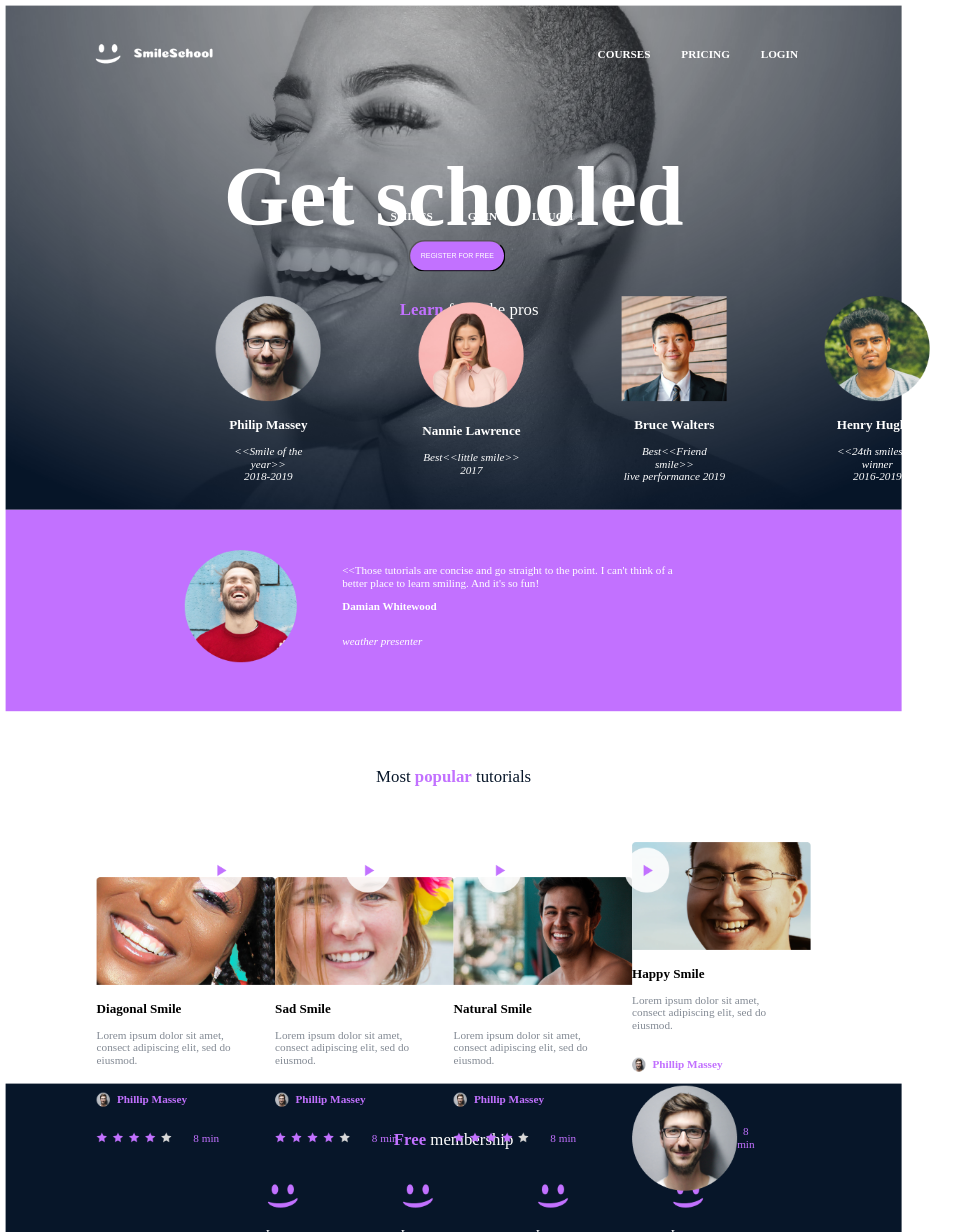
Repository: Patience225/alx_html_css
Page: css_advanced/index.html
An editor plug-in stored every save of this project. The page is shown before and after the next save, followed by the edit.
The browser window is 1280 px wide. The page is 1398 px wide, so the pictures cover 1398 px, including what lies to the right of the window. The pictures show the part of the page from y = 0 to 1760 px (the page is 2928 px tall), at 70% of full size.

Above is the page before, as saved 2025-01-03 08:46:37.

### css_advanced/index.html
<!DOCTYPE html>
<html lang="en">
  <head>
    <meta charset="UTF-8" />
    <meta name="viewport" content="width=device-width, initial-scale=1.0" />
    <title>Smile School</title>
    <link rel="stylesheet" href="styles.css" />
  </head>
  <body>
    <header class="hero">
      <nav>
        <img src="images/logo.png" alt="Logo" />
        <ul>
          <li class="hero-links"><a href="">COURSES</a></li>
          <li class="hero-links"><a href="">PRICING</a></li>
          <li class="hero-links"><a href="">LOGIN</a></li>
        </ul>
      </nav>

      <section>
        <div>
            <h1 id="get-schooled">Get schooled</h1>
                <div class="three-words">
                    <p class="the-words">SMILES</p>
                    <p class="the-words">GRIN</p>
                    <p class="the-words">LAUGH</p>
                </div>
          <button type="submit" id="header-button">REGISTER FOR FREE</button>
        </div>
      </section>

      <section>
        <div>
          <h2 class="learn-pros">
            <span class="learn">Learn</span> from the pros
          </h2>
          <div class="header-tutors">
            <div class="padding-tutors">
              <img
                src="images/Philip Massey.png"
                alt="Philip Massey"
              />
              <h3>Philip Massey</h3>
              <p>
                <em>&lt;&lt;Smile of the year&gt;&gt <br />2018-2019</em>
              </p>
            </div>
            <div class="padding-tutors">
              <img
                src="images/Nannie Lawrence.png"
                alt="Nannie Lawrence"
              />
              <h3>Nannie Lawrence</h3>
              <p>
                <em>Best&lt;&lt;little smile&gt;&gt <br />2017</em>
              </p>
            </div>
            <div class="padding-tutors">
              <img
                src="images/Bruce Walters.png"
                alt="Bruce Walters"
              />
              <h3>Bruce Walters</h3>
              <p>
                <em
                  >Best&lt;&lt;Friend smile&gt;&gt <br />live performance
                  2019</em
                >
              </p>
            </div>
            <div class="padding-tutors">
              <img src="images/Henry Hughes.png" alt="Henry Hughes" />
              <h3>Henry Hughes</h3>
              <p>
                <em>&lt;&lt;24th smiles&gt;&gt winner <br />2016-2019</em>
              </p>
            </div>
          </div>
        </div>
      </section>
    </header>

    <main>
      <section class="weather-presenter">
        <div class="weather-presenter-structure">
          <img
            src="images/weather presenter.png"
            alt="weather presenter"
          />
          <div>
            <blockquote>
              &lt;&lt;Those tutorials are concise and go straight to the point.
              I can't think of a better place to learn smiling. And it's so fun!
            </blockquote>
            <h3>Damian Whitewood</h3>
            <p>weather presenter</p>
          </div>
        </div>
      </section>

      <section class="popular-tutorials">
        <h2>Most <span class="learn">popular</span> tutorials</h2>
        <div class="tutorial-elements">
          <div>
            <img src="images/Diagonal Smile.png" alt="diagonal smile" />
            <img src="images/play.png" alt="play button" class="play-button-1"/>
            <h3>Diagonal Smile</h3>
            <p id="tutorials-lorem-styling">
              Lorem ipsum dolor sit amet, consect adipiscing elit, sed do
              eiusmod.
            </p>
            <div class="image-tutor">
              <img src="images/Philip Massey.png" alt="philip massey" />
              <h4>Phillip Massey</h4>
            </div>
            <div class="rating">
                <img src="images/rating.png" alt="rating" />
              <p>8 min</p>
            </div>
          </div>
          <div>
            <img src="images/sad Smile.png" alt="sad smile" />
            <img src="images/play.png" alt="play button" class="play-button-2"/>
            <h3>Sad Smile</h3>
            <p id="tutorials-lorem-styling">
              Lorem ipsum dolor sit amet, consect adipiscing elit, sed do
              eiusmod.
            </p>
            <div class="image-tutor">
              <img src="images/Philip Massey.png" alt="philip massey" />
              <h4>Phillip Massey</h4>
            </div>
            <div class="rating">
                <img src="images/rating.png" alt="rating" />
              <p>8 min</p>
            </div>
          </div>
          <div>
            <img
              src="images/natural smile.png"
              alt="natural smile"
            />
            <img src="images/play.png" alt="play button" class="play-button-3"/>
            <h3>Natural Smile</h3>
            <p id="tutorials-lorem-styling">
              Lorem ipsum dolor sit amet, consect adipiscing elit, sed do
              eiusmod.
            </p>
            <div class="image-tutor">
              <img src="images/Philip Massey.png" alt="philip massey" />
              <h4>Phillip Massey</h4>
            </div>
            <div class="rating">
                <img src="images/rating.png" alt="rating" />
              <p>8 min</p>
            </div>
          </div>
          <div>
            <img src="images/Happy Smile.png" alt="happy smile" />
            <img src="images/play.png" alt="play button" class="play-button-4"/>
            <h3>Happy Smile</h3>
            <p id="tutorials-lorem-styling">
              Lorem ipsum dolor sit amet, consect adipiscing elit, sed do
              eiusmod.
            </p>
            <div class="image-tutor">
              <img src="images/Philip Massey.png" alt="philip massey"/>
              <h4>Phillip Massey</h4>
            </div>
            <div class="rating">
                <img src="images/Philip Massey.png" alt="rating" />
              <p>8 min</p>
            </div>
          </div>
        </div>
      </section>

      <section class="whole-free-membership">
        <h2><span class="learn">Free</span> membership</h2>
        <div class="free-membership">
          <div class="free-membership-elements">
            <img src="images/smile.png" alt="smile logo" />
            <h3>Lorem ipsum</h3>
            <p>Lorem ipsum dolor sit amet, consectetur adipisicing elit.</p>
          </div>
          <div class="free-membership-elements">
            <img src="images/smile.png" alt="Smile" />
            <h3>Lorem ipsum</h3>
            <p>Lorem ipsum dolor sit amet, consectetur adipisicing elit.</p>
          </div>
          <div class="free-membership-elements">
            <img src="images/smile.png" alt="smile" />
            <h3>Lorem ipsum</h3>
            <p>Lorem ipsum dolor sit amet, consectetur adipisicing elit.</p>
          </div>
          <div class="free-membership-elements">
            <img src="images/smile.png" alt="smile" />
            <h3>Lorem ipsum</h3>
            <p>Lorem ipsum dolor sit amet, consectetur adipisicing elit.</p>
          </div>
        </div>
        <div id="membership-button">
          <button type="submit">REGISTER FOR FREE</button>
        </div>
      </section>

      <section class="frequently-asked">
        <h2>F.A.Q.</h2>
        <div class="frequently-asked-elements">
          <div class="frequently-asked-elements-subsections">
            <div>
              <h3>How does this work?</h3>
            </div>
            <p>
              Lorem ipsum dolor sit amet, consectetur adipiscing elit, sed do
              eiusmod tempor incididunt ut labore et dolore magna aliqua. Ut
              enim ad minim veniam, quis nostrud exercitation ullamco laboris
              nisi ut aliquip ex ea commodo consequat. Duis aute irure dolor in
              reprehenderit in voluptate velit esse cillum dolore eu fugiat
              nulla pariatur. Excepteur sint occaecat cupidatat non proident,
              sunt in culpa qui officia deserunt mollit anim id est laborum.
            </p>

            <div>
              <h3>How does this work?</h3>
            </div>
            <p>
              Lorem ipsum dolor sit amet, consectetur adipiscing elit, sed do
              eiusmod tempor incididunt ut labore et dolore magna aliqua. Ut
              enim ad minim veniam, quis nostrud exercitation ullamco laboris
              nisi ut aliquip ex ea commodo consequat. Duis aute irure dolor in
              reprehenderit in voluptate velit esse cillum dolore eu fugiat
              nulla pariatur. Excepteur sint occaecat cupidatat non proident,
              sunt in culpa qui officia deserunt mollit anim id est laborum.
            </p>
          </div>
          <div class="frequently-asked-elements-subsections">
            <div>
              <h3>How does this work?</h3>
            </div>
            <p>
              Lorem ipsum dolor sit amet, consectetur adipiscing elit, sed do
              eiusmod tempor incididunt ut labore et dolore magna aliqua. Ut
              enim ad minim veniam, quis nostrud exercitation ullamco laboris
              nisi ut aliquip ex ea commodo consequat. Duis aute irure dolor in
              reprehenderit in voluptate velit esse cillum dolore eu fugiat
              nulla pariatur. Excepteur sint occaecat cupidatat non proident,
              sunt in culpa qui officia deserunt mollit anim id est laborum.
            </p>

            <div>
              <h3>How does this work?</h3>
            </div>
            <p>
              Lorem ipsum dolor sit amet, consectetur adipiscing elit, sed do
              eiusmod tempor incididunt ut labore et dolore magna aliqua. Ut
              enim ad minim veniam, quis nostrud exercitation ullamco laboris
              nisi ut aliquip ex ea commodo consequat. Duis aute irure dolor in
              reprehenderit in voluptate velit esse cillum dolore eu fugiat
              nulla pariatur. Excepteur sint occaecat cupidatat non proident,
              sunt in culpa qui officia deserunt mollit anim id est laborum.
            </p>
          </div>
        </div>
      </section>
    </main>

    <footer>
      <div class="whole-footer">
        <div class="footer-elements">
          <img src="images/logo.png" alt="smile school logo"/>
          <div>
            <img src="images/Facebook_White.png" alt="facebook logo" class="footer-socials-logo" />
            <img src="images/twitter logo.png" alt="twitter logo" class="footer-socials-logo" />
            <img src="images/Instagram_White.png" alt="instagram logo" class="footer-socials-logo" />
          </div>
        </div>
        <p>&copy;smileschool 2020</p>
      </div>
    </footer>
  </body>
</html>

### css_advanced/styles.css
﻿@import url("https://fonts.googleapis.com/css2?family=Source+Sans+3:ital,wght@0,200..900;1,200..900&display=swap");

body {
  padding: 0;
  margin: 0;
  box-sizing: border-box;
  font-family: "Source Sans 3", serif;
}

.hero {
    width: 100vw;
    height: 100vh;
    background-image: url(images/Object.png);
    background-position: center;
    background-size: cover;
    position: relative;
}
nav {
    display: flex;
    align-items: center;
    justify-content: space-between;
    padding-top: 35px;
    padding-right: 10%;
    padding-left: 10%;
}
.hero-links {
    display: inline-block;
    list-style-type: none;
    padding: 10px 20px;
}
.hero-links a {
    color: white;
    text-decoration: none;
    font-weight: bold;
}
.hero-links a:hover {
    color: rgba(194, 113, 255, 1);
    transition: .3s;
}

#get-schooled {
    font-size: 120px;
    font-weight: bold;
    color: white;
    text-align: center;
}
.three-words {
    display: flex;
    align-items: center;
    justify-content: space-evenly;
    position: absolute;
    top: 38.3vh;
    left: 41vw;
    z-index: 1;
}
.the-words {
    color: white;
    padding: 0px 25px;
    font-weight: bold;
}
#header-button {
    padding: 15px 15px;
    font-size: 10px;
    border-radius: 30px;
    background: rgba(194, 113, 255, 1);
    color: white;
    position: absolute;
    top: 46.5vh;
    left: 45vw;
    z-index: 2;
}

.learn-pros {
    text-align: center;
    color: white;
    font-weight: 100;
    position: absolute;
    bottom: 35vh;
    left: 44vw;
    z-index: 3;
}
.learn {
    color: rgba(194, 113, 255, 1);
    font-weight: 800;
}
.header-tutors {
    display: flex;
    align-items: center;
    justify-content: space-evenly;
    position: absolute;
    bottom: 3vh;
    left: 18vw;
    z-index: 4;
}
.header-tutors h3, p {
    color: white;
    text-align: center;
}
.padding-tutors {
    padding: 0 70px;
}

.weather-presenter {
    width: 100vw;
    height: 40vh;
    background-color: rgba(194, 113, 255, 1);
}

.weather-presenter-structure {
    display: flex;
    align-items: center;
    justify-content: center;
    padding: 8vh 20vw;
    color: white;
}
.weather-presenter-structure blockquote {
    font-size: 2.2vmin;
    padding: 0 25px;
    font-weight: 300;
}
.weather-presenter-structure h3 {
    font-size: 2.2vmin;
    font-weight: bold;
    margin-left: 65px;
}
.weather-presenter-structure p{
    font-style: italic;
    font-size: 2.2vmin;
    font-weight: 300;
    margin-left: 65px;
    float: left;
}

.popular-tutorials {
    width: 100vw;
    height: 60vh;
    margin-top: 80px;
    position: relative;
}
.popular-tutorials h2 {
    text-align: center;
    color: rgba(7, 22, 41, 1);
    font-weight: 100;
    margin-bottom: 30px;
}
.tutorial-elements {
    display: flex;
    align-items: center;
    justify-content: center;
    padding: 50px 350px;
}
#tutorials-lorem-styling {
    margin-right: 40px;
    text-align: left;
    color: rgba(7, 22, 41, 0.5016);
}
.image-tutor {
    display: flex;
    align-items: center;
    justify-content: left;
}
.image-tutor img {
    width: 1.5vw;
    height: 2.8vh;
}
.image-tutor h4 {
    margin-left: 10px;
    color: rgba(194, 113, 255, 1);
}
.rating {
    display: flex;
    align-items: center;
    justify-content: space-between;
}
.rating p {
    margin-right: 80px;
    color: rgba(194, 113, 255, 1);
}
.play-button-1 {
    position: absolute;
    top: 16vh;
    left: 21.5vw;
    z-index: 1;
}
.play-button-2 {
    position: absolute;
    top: 16vh;
    left: 38vw;
    z-index: 2;
}
.play-button-3 {
    position: absolute;
    top: 16vh;
    right: 42.46vw;
    z-index: 3;
}
.play-button-4 {
    position: absolute;
    top: 16vh;
    right: 25.9vw;
    z-index: 4;
}

.whole-free-membership {
    background-color: rgba(7, 22, 41, 1);
    width: 100vw;
    height: 50vh;
}
.whole-free-membership h2 {
    text-align: center;
    color: white;
    font-weight: lighter;
    padding-top: 67px;
    padding-bottom: 30px;
}
.free-membership {
    display: flex;
    align-items: center;
    justify-content: space-around;
    padding: 0 300px;
    margin-bottom: 70px;
}
.free-membership-elements {
    text-align: center;
    padding: 0 60px;
}
.free-membership-elements h3 {
    color: white;
    font-weight: 500;
}
.free-membership-elements p {
    font-weight: 100;
}
#membership-button {
    text-align: center;
}
#membership-button button {
    padding: 15px 15px;
    font-size: 10px;
    border-radius: 30px;
    background: rgba(194, 113, 255, 1);
    color: white;
}

.frequently-asked {
    width: 67vw;
    height: 75vh;
    margin: 70px auto 0;
}
.frequently-asked h2 {
    text-align: center;
    font-weight: 300;
    font-size: 60px;
}
.frequently-asked-elements {
    display: flex;
    align-items: center;
    justify-content: space-evenly;
}
.frequently-asked-elements-subsections p {
    text-align: left;
    padding: 0 150px 60px 80px;
    font-weight: 300;
    color: rgba(7, 22, 41, 0.5016);
}
.frequently-asked-elements-subsections h3 {
    text-align: left;
    padding: 0 150px 0 80px;
}

footer {
    background-color: rgba(7, 22, 41, 1);
    width: 100vw;
    height: 25vh;
}
.whole-footer {
    width: 70vw;
    margin: 0 auto;
    padding-top: 85px;
}
.footer-elements {
    display: flex;
    align-items: center;
    justify-content: space-between;
    padding-bottom: 40px;
}
.whole-footer p {
    color: white;
    font-weight: 100;
}
.footer-socials-logo {
    padding: 0 7px;
}

After the next save:
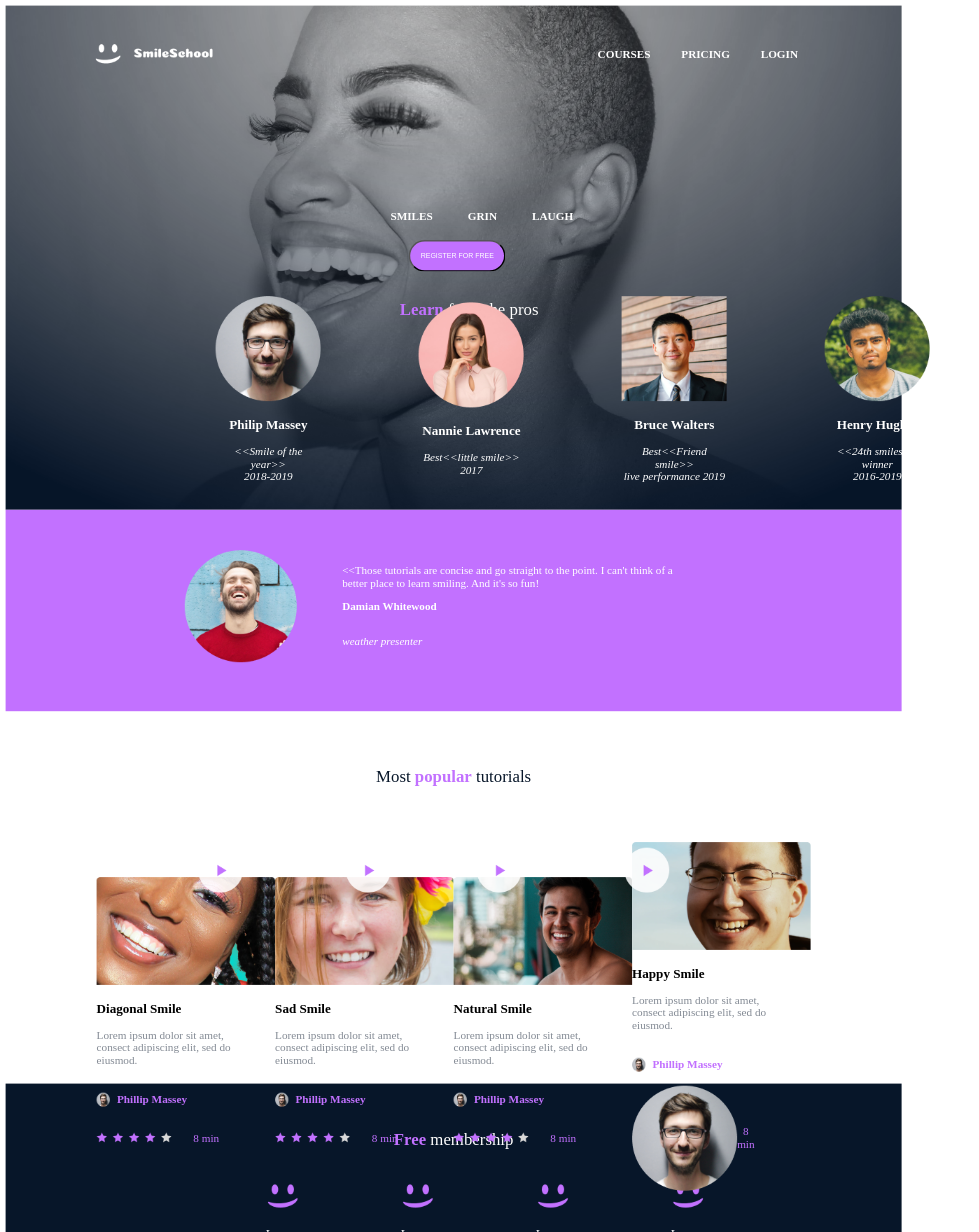
Saved 114 min 0 s later.
--- a/css_advanced/index.html
+++ b/css_advanced/index.html
@@ -19,7 +19,7 @@
 
       <section>
         <div>
-            <h1 id="get-schooled">Get schooled</h1>
+
                 <div class="three-words">
                     <p class="the-words">SMILES</p>
                     <p class="the-words">GRIN</p>

After the 2 saves that followed:
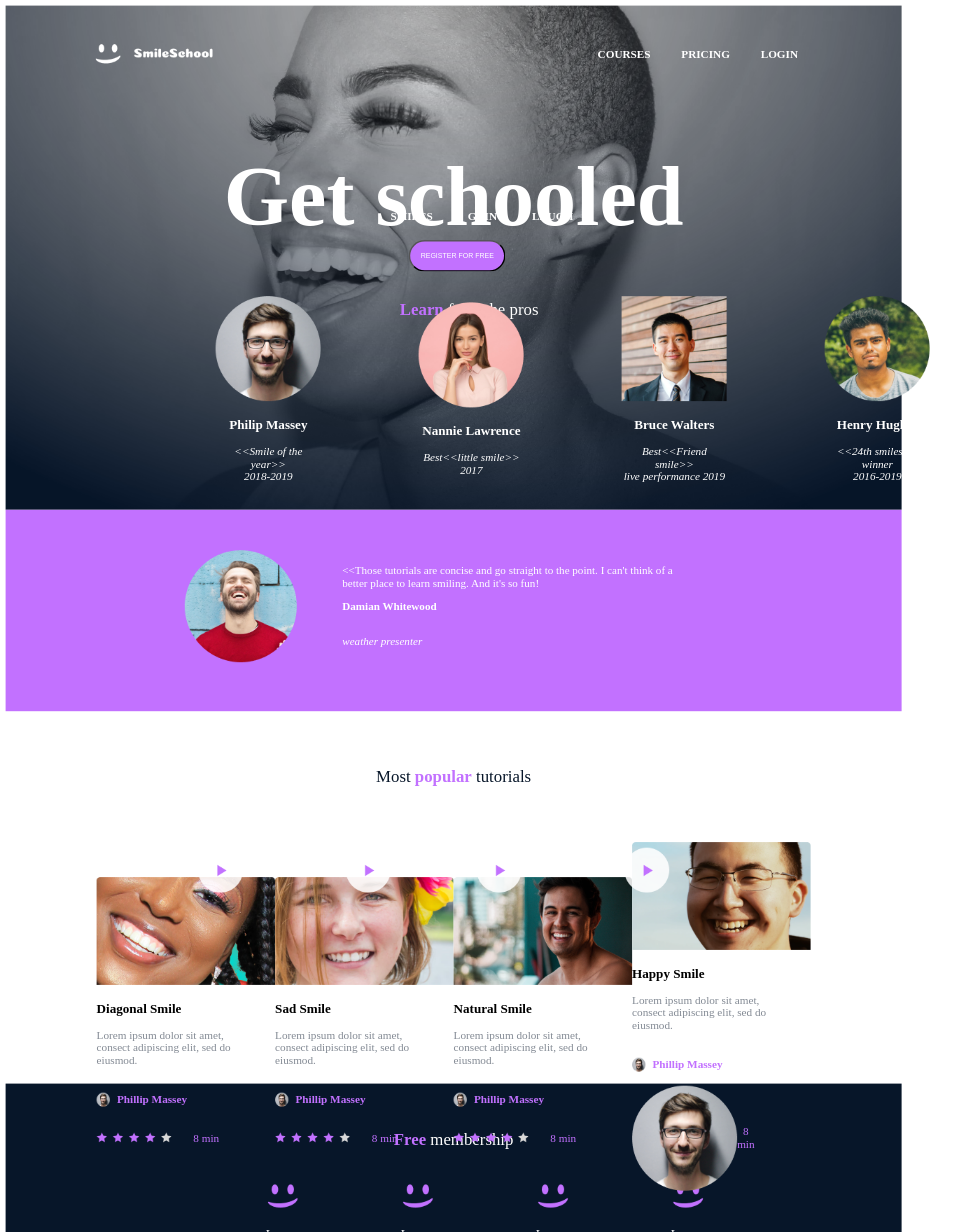
The 2 saves are shown as one change because they came seconds apart.
The last was saved 29 s later.
--- a/css_advanced/index.html
+++ b/css_advanced/index.html
@@ -18,6 +18,7 @@
       </nav>
 
       <section>
+        <h1 id="get-schooled">Get schooled</h1>
         <div>
 
                 <div class="three-words">
